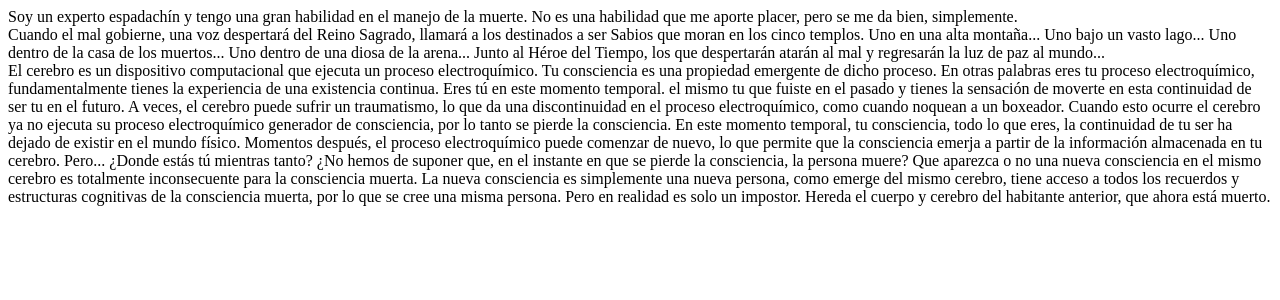
Repository: JesusSePe/M06
Page: jQuery/ej3.html
The author's editor kept a copy of each file at every save. The page is drawn from the files as they stood at one save, then again after a run of saves.
The browser window is 1280 px wide. The pictures show the whole page.

Above is the page before, as saved 2021-01-28 18:45:42.

After the next 4 saves:
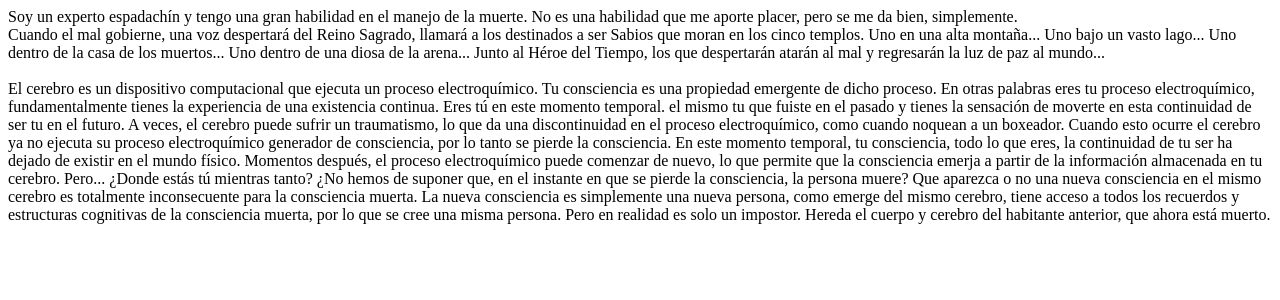
The 4 saves are shown as one change because they came seconds apart.
The last was saved 15 s later.
--- a/jQuery/ej3.js
+++ b/jQuery/ej3.js
@@ -1,5 +1,5 @@
 $(document).ready(function () {
-
+    addSpaces();
 });
 
 function addSpaces() {
